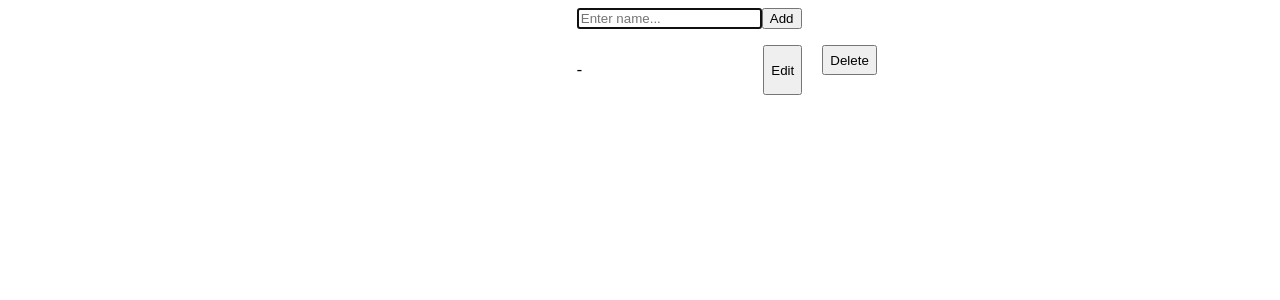
Repository: dohuuxuyen/redux-todolist
Page: /, after clicking the first element matching `button`
These files come from the project's save history. The page is drawn as it stood at one moment and after the next save; the edit follows.
The browser window is 1280 px wide. The pictures show the whole page.
The project was rebuilt for these pictures with package versions that can differ from the ones it lists, and the page was loaded fresh each time. Also part of the build but not shown: src/App.css.

Above is the page before, as saved 2022-04-30 14:01:17.

### src/index.js
import React from "react";
import ReactDOM from "react-dom/client";
import { Provider } from "react-redux";
import App from "./App";
import store from "./redux/store";

const root = ReactDOM.createRoot(document.getElementById("root"));
root.render(
  <Provider store={store}>
    <App />
  </Provider>
);

### src/App.js
import "./App.css";
import Todos from "./components/Todos/Todos";

function App() {
  return (
    <div className="App">
      <Todos />
    </div>
  );
}

export default App;

### src/components/Todos/Todos.jsx
import React, { useRef } from "react";
import { useDispatch, useSelector } from "react-redux";
import { addTodos, deleteTodos, setTodoInput } from "../../redux/actions";
import { todoInputSelector, todosSelector } from "../../redux/selector";

const Todos = () => {
  const refTodoInput = useRef();
  const todoInput = useSelector(todoInputSelector);
  const todos = useSelector(todosSelector);
  const dispatch = useDispatch();
  console.log(todos);

  const handleTodoInputChange = (e) => {
    dispatch(setTodoInput(e.target.value));
  };

  const handleAdd = () => {
    dispatch(addTodos(todoInput));
    dispatch(setTodoInput(""));
    refTodoInput.current.focus();
  };
  console.log(todoInput);

  const handleDelete = (index) => {
    dispatch(deleteTodos(index));
  };
  return (
    <div style={{ width: "300px", marginLeft: "45%" }}>
      <input
        ref={refTodoInput}
        value={todoInput}
        type="text"
        placeholder="Enter name..."
        onChange={handleTodoInputChange}
      />
      <button onClick={handleAdd}>Add</button>
      <ul style={{ width: "100%", paddingLeft: 0 }}>
        {todos.map((todo, index) => (
          <li style={{ display: "flex" }} key={index}>
            <p style={{ flex: "1" }}>- {todo}</p>
            <button style={{}} onClick={() => handleDelete(index)}>
              Edit
            </button>
            <button
              style={{ marginLeft: "20px", height: "30px" }}
              onClick={() => handleDelete(index)}
            >
              Delete
            </button>
          </li>
        ))}
      </ul>
    </div>
  );
};

export default Todos;

### src/redux/reducer.js
import { combineReducers } from "redux";
import todosReducer from "../components/Todos/todosReducer";

const rootReducer = combineReducers({
  todos: todosReducer,
});

export default rootReducer;

### src/redux/actions.js
export const searchFilter = (payload) => {
  return {
    type: "Filter/SEARCH_FILTER",
    payload: payload,
  };
};

export const setTodoInput = (payload) => {
  return {
    type: "Todos/SET_TODO_INPUT",
    payload: payload,
  };
};

export const addTodos = (payload) => {
  return {
    type: "Todos/ADD_TODOS",
    payload: payload,
  };
};

export const deleteTodos = (payload) => {
  return {
    type: "Todos/DELETE_TODOS",
    payload: payload,
  };
};

export const clearTodos = (payload) => {
  return {
    type: "Todos/CLEAR_TODOS",
    payload: payload,
  };
};

export const updateTodos = (payload) => {
  return {
    type: "Todos/UPDATE_TODOS",
    payload: payload,
  };
};

### src/redux/selector.js
export const todoInputSelector = (state) => state.todos.todoInput;
export const todosSelector = (state) => state.todos.todos;

### src/components/Todos/todosReducer.js
const initialState = {
  todoInput: "",
  todos: [],
};

const todosReducer = (state = initialState, action) => {
  switch (action.type) {
    case "Todos/SET_TODO_INPUT":
      return {
        ...state,
        todoInput: action.payload,
      };
    case "Todos/ADD_TODOS":
      return {
        ...state,
        todos: [...state.todos, action.payload],
      };
    case "Todos/DELETE_TODOS":
      return {
        ...state,
        todos: [
          ...state.todos.filter((todo, index) => index !== action.payload),
        ],
      };
    default:
      return state;
  }
};

export default todosReducer;

Loaded but not shown: public/index.html (common file); src/redux/store.js (common file)

After the next save:
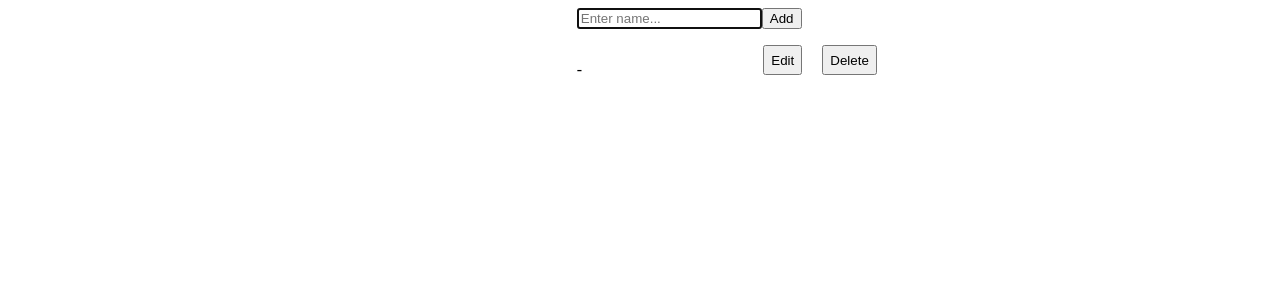
Saved 10 s later.
--- a/src/components/Todos/Todos.jsx
+++ b/src/components/Todos/Todos.jsx
@@ -38,7 +38,10 @@ const Todos = () => {
         {todos.map((todo, index) => (
           <li style={{ display: "flex" }} key={index}>
             <p style={{ flex: "1" }}>- {todo}</p>
-            <button style={{}} onClick={() => handleDelete(index)}>
+            <button
+              style={{ marginLeft: "20px", height: "30px" }}
+              onClick={() => handleDelete(index)}
+            >
               Edit
             </button>
             <button
